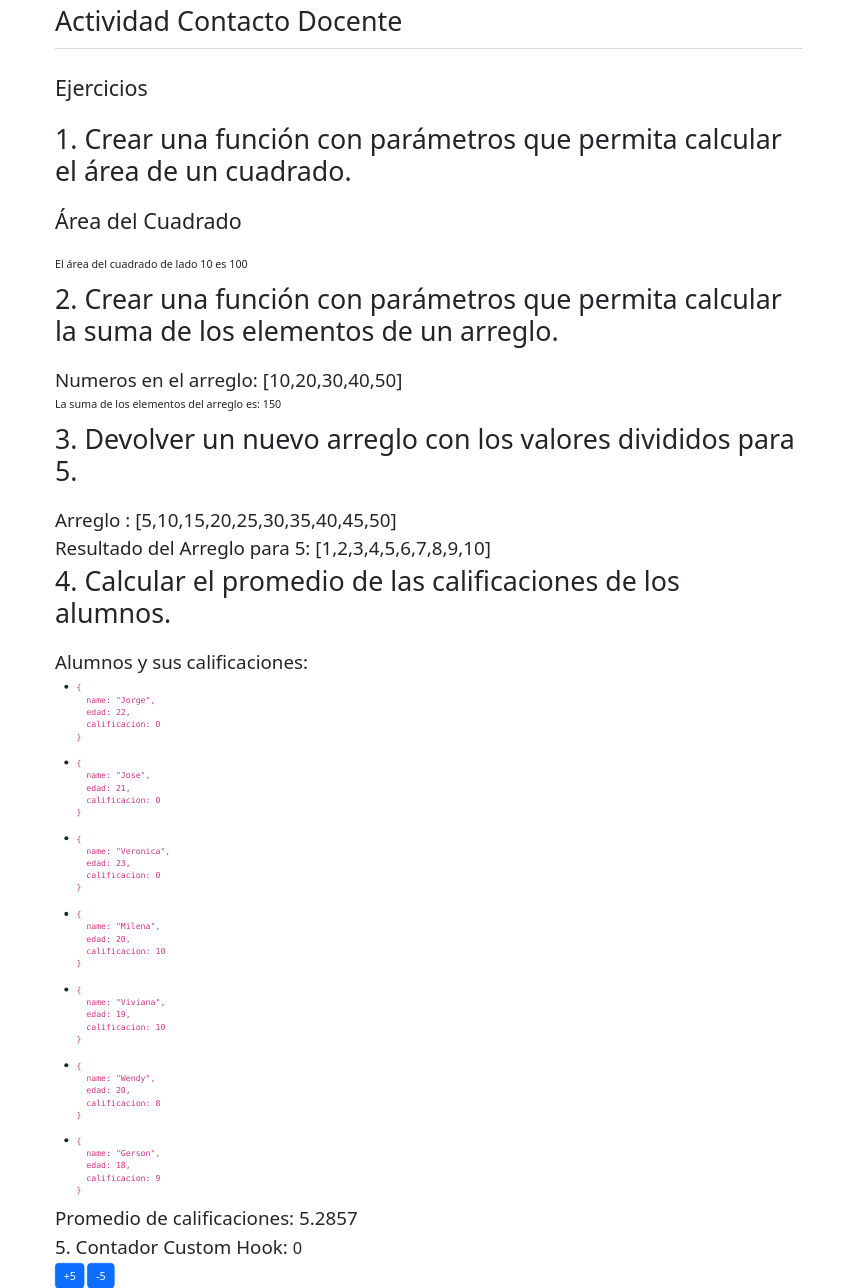
Repository: Jchimbo99/Actvidad1
Page: / (app in typescript-actividad/)
These files come from the project's save history. The page is drawn as it stood at one moment and after a run of saves; the edit follows.
The browser window is 1280 px wide. The pictures show the whole page, at 67% of full size.
The project was rebuilt for these pictures with package versions that can differ from the ones it lists, and the page was loaded fresh each time. Also part of the build but not shown: typescript-actividad/vite.config.ts.

Above is the page before, as saved 2025-01-24 17:58:14.

### typescript-actividad/index.html
<!doctype html>
<html lang="en">
  <head>
    <meta charset="UTF-8" />
    <link rel="icon" type="image/svg+xml" href="/vite.svg" />
    <meta name="viewport" content="width=device-width, initial-scale=1.0" />
    <link href="https://cdn.jsdelivr.net/npm/bootstrap@5.3.3/dist/css/bootstrap.min.css" rel="stylesheet" integrity="sha384-QWTKZyjpPEjISv5WaRU9OFeRpok6YctnYmDr5pNlyT2bRjXh0JMhjY6hW+ALEwIH" crossorigin="anonymous">

    <title>Activididad Jch</title>
  </head>
  <body class="container">
    <div id="root"></div>
    <script type="module" src="/src/main.tsx"></script>
  </body>
</html>

### typescript-actividad/src/App.tsx
import { ContadorCustomHook } from "./components/ContadorCustomHook";
import { AreaCuadrado } from "./typescript/AreaCuadrado";
import { SumaArreglo } from "./typescript/Arreglo";
import { ArreglosDivision } from "./typescript/ArreglosDivision";
import { PromedioCalificaciones } from "./typescript/PromedioCalificaciones";

export const App = () => {
  return (

    <div className="mt-2">
      <h1>Actividad Contacto Docente</h1>
      <hr />
      <br />
      <h2>Ejercicios</h2>
      <br />

      <AreaCuadrado/>

      <SumaArreglo/>
      <ArreglosDivision/>
      <PromedioCalificaciones/>
      <ContadorCustomHook/>
      </div>
  )
}


export default App;

### typescript-actividad/src/components/ContadorCustomHook.tsx
import { useCounter } from "../hooks/useCounter";

export const ContadorCustomHook = () => {

    //lamar custohok

    const {valor, contador}=useCounter(0);


return (
    <div>
    <h3>5. Contador Custom Hook: <small>{valor}</small>
    </h3>
    <button
        className="btn btn-primary"
        onClick={() => contador(5)}>+5
    </button>
    &nbsp;

    <button
        className="btn btn-primary"
        onClick={() => contador(-5)}>-5
    </button>
    &nbsp;
    </div>
);
};

### typescript-actividad/src/typescript/AreaCuadrado.tsx
export const AreaCuadrado = () => {
    const lado = 10;
    const area = lado * lado;

    return (
        <div>

            <h1>1.	Crear una función con parámetros que permita calcular el área de un cuadrado.</h1>
            <br />
            <h2>Área del Cuadrado</h2>
            <br />
            <p>El área del cuadrado de lado {lado} es {area}</p>

        </div>
    );
}

### typescript-actividad/src/typescript/Arreglo.tsx
export const SumaArreglo = () => {

    const numeros = [10, 20, 30, 40, 50];

    const calcularSuma = (numeros: number[]): number => {
        return numeros.reduce((total, numero) => total + numero, 0);
    }

    const totalSuma = calcularSuma(numeros);

    return (
        <div>
            <h1>2. Crear una función con parámetros que permita calcular la suma de los elementos de un arreglo.</h1>
            <br />
            <h3>Numeros en el arreglo: {JSON.stringify(numeros)}</h3>
            <p>La suma de los elementos del arreglo es: {totalSuma}</p>
        </div>
    );
}

### typescript-actividad/src/typescript/ArreglosDivision.tsx
export const ArreglosDivision = () => {
    const arreglo = [5, 10, 15, 20, 25, 30, 35, 40, 45, 50];

    const arregloDividido = arreglo.map((valor) => valor / 5);

    return (
        <div>
            <h1>3. Devolver un nuevo arreglo con los valores divididos para 5.</h1>
            <br />
            <h3>Arreglo : {JSON.stringify(arreglo)}</h3>
            <h3>Resultado del Arreglo para  5: {JSON.stringify(arregloDividido)}</h3>
        </div>
    );
}

### typescript-actividad/src/typescript/PromedioCalificaciones.tsx
interface Alumnos {
    name: string;
    edad: number;
    calificacion: number;
}

export const PromedioCalificaciones = () => {
    const alumnos: Alumnos[] = [
        {
            name: "Jorge",
            edad: 22,
            calificacion: 0,
        },
        {
            name: "Jose",
            edad: 21,
            calificacion: 0,
        },
        {
            name: "Veronica",
            edad: 23,
            calificacion: 0,
        },
        {
            name: "Milena",
            edad: 20,
            calificacion: 10,
        },
        {
            name: "Viviana",
            edad: 19,
            calificacion: 10,
        },
        {
            name: "Wendy",
            edad: 20,
            calificacion: 8,
        },
        {
            name: "Gerson",
            edad: 18,
            calificacion: 9,
        },
    ];

    // Función para calcular el promedio de las calificaciones
    const calcularPromedio = (alumnos: Alumnos[]): number => {
        const sumaCalificaciones = alumnos.reduce((total, alumno) => total + alumno.calificacion, 0);
        return sumaCalificaciones / alumnos.length;
    };

    const promedio = calcularPromedio(alumnos);

    return (
        <div>
            <h1>4. Calcular el promedio de las calificaciones de los alumnos.</h1>
            <br />
            <h3>Alumnos y sus calificaciones:</h3>
            <ul>
                {alumnos.map((alumno) => (
                    <li key={alumno.name}>
                        <code>
                            <pre>{`{\n  name: "${alumno.name}",\n  edad: ${alumno.edad},\n  calificacion: ${alumno.calificacion}\n}`}</pre>
                        </code>
                    </li>
                ))}
            </ul>
            <h3>Promedio de calificaciones: {Number(promedio.toFixed(4))}</h3>

        </div>
    );
};

### typescript-actividad/src/hooks/useCounter.tsx
import { useState } from "react";

export const useCounter = (inicial: number = 0) => {


    const [valor, setValor] = useState<number>(inicial);


    const contador = (numero: number): void => {
        setValor(valor + numero);
    }
return{
    valor,
    contador
}

}

Loaded but not shown: typescript-actividad/src/main.tsx (common file)

After the next 2 saves:
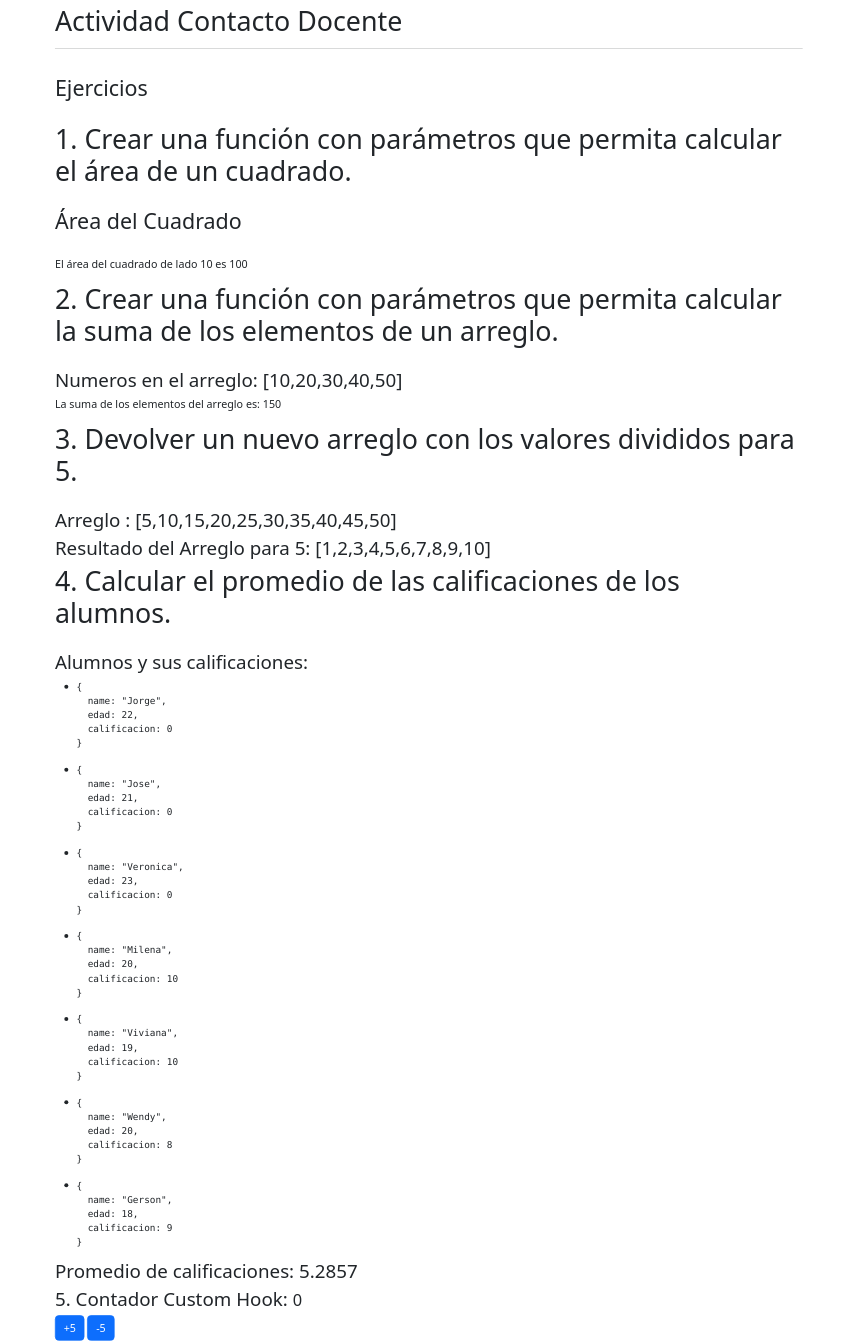
The 2 saves are shown as one change because 1 did not build or start.
The last was saved 10 s later.
--- a/typescript-actividad/src/typescript/PromedioCalificaciones.tsx
+++ b/typescript-actividad/src/typescript/PromedioCalificaciones.tsx
@@ -59,9 +59,9 @@ export const PromedioCalificaciones = () => {
             <ul>
                 {alumnos.map((alumno) => (
                     <li key={alumno.name}>
-                        <code>
+
                             <pre>{`{\n  name: "${alumno.name}",\n  edad: ${alumno.edad},\n  calificacion: ${alumno.calificacion}\n}`}</pre>
-                        </code>
+
                     </li>
                 ))}
             </ul>
